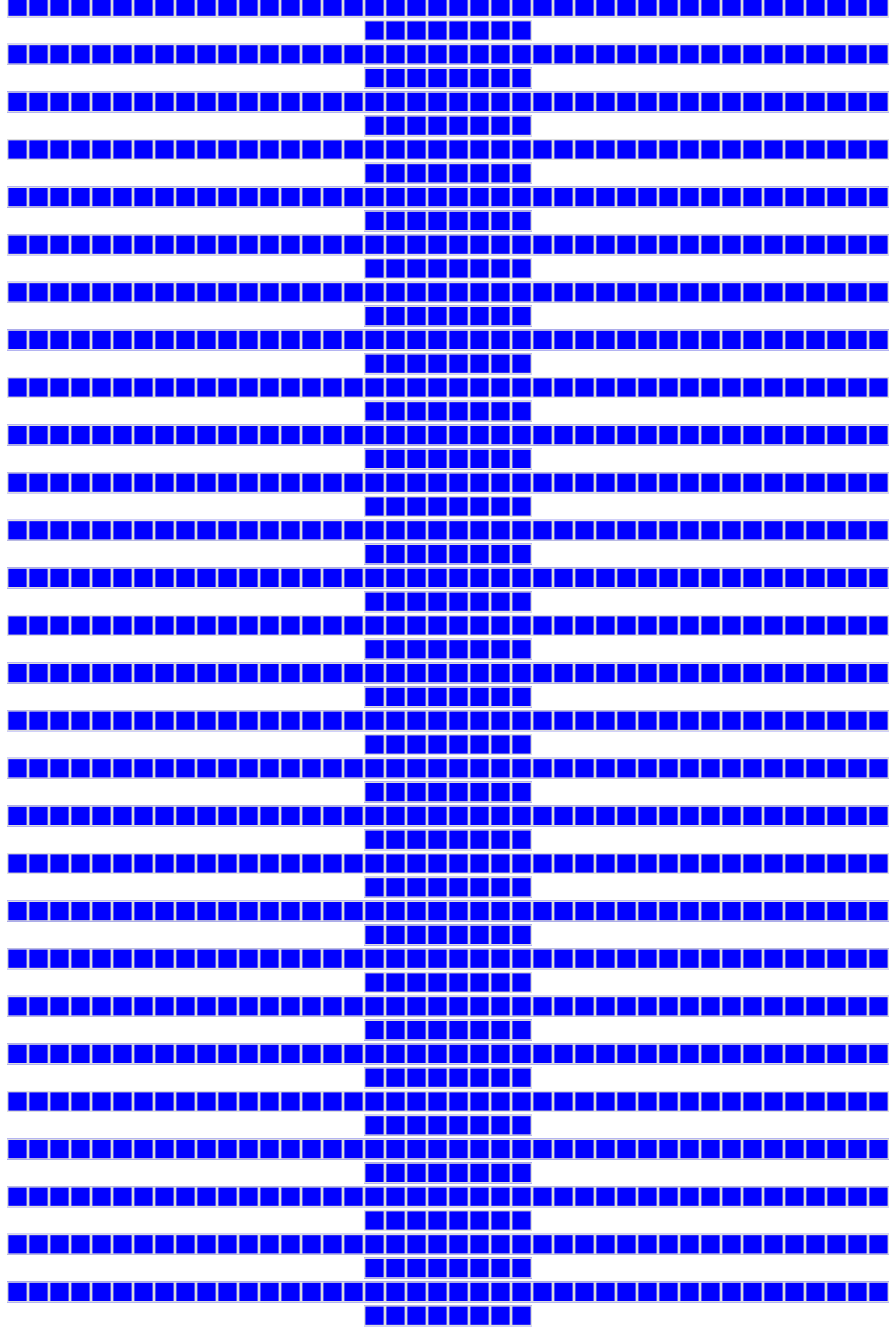
Repository: MarioDiekmann/GameOfLife
Page: /
These files come from the project's save history. The page is drawn as it stood at one moment and after the next save; the edit follows.
The browser window is 1280 px wide. The pictures show the part of the page from y = 1502 to 3422 px (the page is 3400 px tall before and 3422 px after), at 70% of full size.
The project was rebuilt for these pictures with package versions that can differ from the ones it lists, and the page was loaded fresh each time.

Above is the page before, as saved 2024-10-11 15:42:42.

### src/App.js
import React from 'react';
import { BrowserRouter as Router, Route, Routes } from 'react-router-dom';
import Game from './components/Game';
import './App.css';

function App() {
  return (
    <Router>
      <div className="App">
        <Routes>
          <Route path="/" element={<Game/>} />
        </Routes>
      </div>
    </Router>
  );
}

export default App;

### src/components/Game.js
import React, { useState } from "react";
import Cell from "./Cell";

const Game = () => {
    const [size, setsize] = useState(50);

    const initGrid = () => {
        const grid = [];
        for (let i = 0; i < size; i++) {  // Changed to 0-based indexing
            grid[i] = [];
            for (let j = 0; j < size; j++) {  // Changed to 0-based indexing
                grid[i][j] = false;
            }
        }
        return grid;
    }

    const [grid, setGrid] = useState(initGrid());

    const toggleCellState = (row, col) => {
        const newGrid = grid.map((r, i) =>
            r.map((cell, j) => (i === row && j === col ? !cell : cell))
        );
        setGrid(newGrid);
    };

    const renderGrid = () => {
        return grid.map((row, rowIndex) => (
            <div key={rowIndex} className="row">
                {row.map((cell, colIndex) => (
                    <Cell
                        key={`${rowIndex}-${colIndex}`}
                        isAlive={cell}
                        onClick={() => toggleCellState(rowIndex, colIndex)}
                    />
                ))}
            </div>
        ));
    }

    const countNeighboursAlive = (row, col) => {
        let count = 0;

        for (let i = row - 1; i <= row + 1; i++) {
          if (i >= 0 && i < size) {  // Check if row is within bounds
            for (let j = col - 1; j <= col + 1; j++) {
              if (j >= 0 && j < size) {  // Check if column is within bounds
                if (!(i === row && j === col)) {  // Skip the center cell
                  if (grid[i][j]) {  // If the neighboring cell is alive
                    count++;
                  }
                }
              }
            }
          }
        }

        return count;
      };


      const updateGrid = () => {
        const newGrid = grid.map(row => row.slice()); // Create a copy of the grid

        for (let row = 0; row < size; row++) {  // Changed to 0-based indexing
            for (let col = 0; col < size; col++) {  // Changed to 0-based indexing
                const gridCount = countNeighboursAlive(row, col);

                if (grid[row][col]) {
                    if (gridCount < 2 || gridCount > 3) {
                        newGrid[row][col] = false; // Cell dies
                    } else if (gridCount === 2 || gridCount === 3) {
                        newGrid[row][col] = true; // Cell survives
                    }
                } else {
                    if (gridCount === 3) {
                        newGrid[row][col] = true; // Dead cell becomes alive
                    }
                }
            }
        }

        setGrid(newGrid); // Update the grid state
    };


    const checkEdges = () => {
        const indizesAlive = [];

        // Check upper edge, move from left to right
        for (let col = 0; col < size - 2; col++) {  // Changed to 0-based indexing
            if (grid[0][col] && grid[0][col + 1] && grid[0][col + 2]) {  // Changed to 0-based indexing
                indizesAlive.push([0, col + 1]); // Push the cell just above the middle
            }
        }

        // Check right edge, move from top to bottom
        for (let row = 0; row < size - 2; row++) {  // Changed to 0-based indexing
            if (grid[row][size - 1] && grid[row + 1][size - 1] && grid[row + 2][size - 1]) {  // Changed to 0-based indexing
                indizesAlive.push([row + 1, size - 1]); // Push the cell to the right of the middle
            }
        }

        // Check lower edge, move from right to left
        for (let col = size - 1; col > 1; col--) {  // Changed to 0-based indexing
            if (grid[size - 1][col] && grid[size - 1][col - 1] && grid[size - 1][col - 2]) {  // Changed to 0-based indexing
                indizesAlive.push([size - 1, col - 1]); // Push the cell below the middle
            }
        }

        // Check left edge, move from bottom to top
        for (let row = size - 1; row > 1; row--) {  // Changed to 0-based indexing
            if (grid[row][0] && grid[row - 1][0] && grid[row - 2][0]) {  // Changed to 0-based indexing
                indizesAlive.push([row - 1, 0]); // Push the cell to the left of the middle
            }
        }

        return indizesAlive;
    };

    const expandGrid = (indizesAlive)=> {
        const newGrid = [];
        for (let row = 0; row < 2 * size; row++) {  // Changed to 0-based indexing
            newGrid[row] = [];
            for (let col = 0; col < 2 * size; col++) {  // Changed to 0-based indexing
                newGrid[row][col] = false;
            }
        }

        for (let row = 0; row < size; row++) {  // Changed to 0-based indexing
            for (let col = 0; col < size; col++) {  // Changed to 0-based indexing
                if (grid[row][col]) {
                    newGrid[row + size][col + size] = true;  // Adjust for the new larger grid size
                }
            }
        }

        for (const cell of indizesAlive) {
            const row = cell[0] + size;  // Adjust for the new larger grid size
            const col = cell[1] + size;  // Adjust for the new larger grid size
            newGrid[row][col] = true;
        }

        setGrid(newGrid);
        setsize(2 * size);  // Double the size
    }


    return (
        <div>
            {renderGrid()}
        </div>
    )
}

export default Game;

### src/components/Cell.js
import React from 'react';
import './Cell.css'

const Cell = ({ isAlive, onClick }) => {
  return (
    <div
      className={`cell ${isAlive ? 'alive' : 'dead'}`}
      onClick={onClick}
    ></div>
  );
};

export default Cell;

### src/components/Cell.css
.cell {
    width: 30px; /* Width of each cell */
    height: 30px; /* Height of each cell */
    display: inline-block; /* Align cells next to each other */
    border: 2px solid #ddd; /* Light border around each cell */
    box-sizing: border-box; /* Include padding and border in the element's total width and height */
    transition: background-color 0.3s; /* Smooth transition for background color */
  }

  .cell.alive {
    background-color: goldenrod; /* Green for living cells */
  }

  .cell.dead {
    background-color: blue; /* Red for dead cells */
  }

Loaded but not shown: public/index.html (common file); src/index.js (common file); src/index.css (common file); src/reportWebVitals.js (common file); src/App.css (common file)

After the next save:
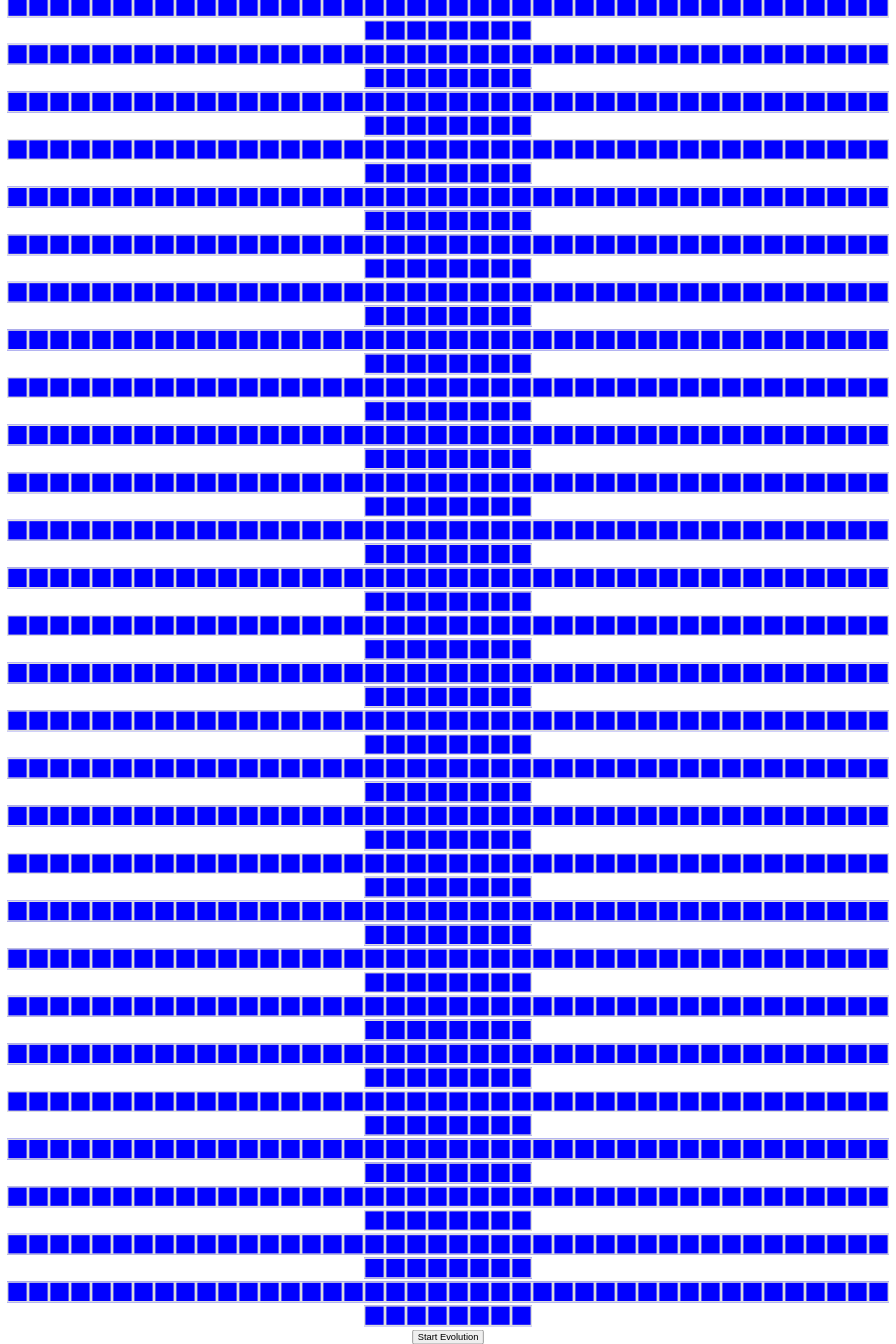
Saved 57 min 4 s later.
--- a/src/components/Game.js
+++ b/src/components/Game.js
@@ -1,14 +1,16 @@
-import React, { useState } from "react";
+import React, { useState, useEffect, useCallback } from "react";
 import Cell from "./Cell";
 
 const Game = () => {
     const [size, setsize] = useState(50);
+    const [Epochs, setEpochs] = useState(0);
+    const [isEvolving, setIsEvolving] = useState(false);
 
     const initGrid = () => {
         const grid = [];
-        for (let i = 0; i < size; i++) {  // Changed to 0-based indexing
+        for (let i = 0; i < size; i++) {
             grid[i] = [];
-            for (let j = 0; j < size; j++) {  // Changed to 0-based indexing
+            for (let j = 0; j < size; j++) {
                 grid[i][j] = false;
             }
         }
@@ -38,15 +40,15 @@ const Game = () => {
         ));
     }
 
-    const countNeighboursAlive = (row, col) => {
+    const countNeighboursAlive = useCallback((row, col) => {
         let count = 0;
 
         for (let i = row - 1; i <= row + 1; i++) {
-          if (i >= 0 && i < size) {  // Check if row is within bounds
+          if (i >= 0 && i < size) {
             for (let j = col - 1; j <= col + 1; j++) {
-              if (j >= 0 && j < size) {  // Check if column is within bounds
-                if (!(i === row && j === col)) {  // Skip the center cell
-                  if (grid[i][j]) {  // If the neighboring cell is alive
+              if (j >= 0 && j < size) {
+                if (!(i === row && j === col)) {
+                  if (grid[i][j]) {
                     count++;
                   }
                 }
@@ -56,14 +58,13 @@ const Game = () => {
         }
 
         return count;
-      };
+    }, [grid, size]); // Include grid and size as dependencies
 
+    const updateGrid = useCallback(() => {
+        const newGrid = grid.map(row => row.slice());
 
-      const updateGrid = () => {
-        const newGrid = grid.map(row => row.slice()); // Create a copy of the grid
-
-        for (let row = 0; row < size; row++) {  // Changed to 0-based indexing
-            for (let col = 0; col < size; col++) {  // Changed to 0-based indexing
+        for (let row = 0; row < size; row++) {
+            for (let col = 0; col < size; col++) {
                 const gridCount = countNeighboursAlive(row, col);
 
                 if (grid[row][col]) {
@@ -80,75 +81,103 @@ const Game = () => {
             }
         }
 
-        setGrid(newGrid); // Update the grid state
-    };
+        setGrid(newGrid);
+    }, [grid, size, countNeighboursAlive]); // Include grid, size, and countNeighboursAlive
 
-
-    const checkEdges = () => {
+    const checkEdges = useCallback(() => {
         const indizesAlive = [];
 
-        // Check upper edge, move from left to right
-        for (let col = 0; col < size - 2; col++) {  // Changed to 0-based indexing
-            if (grid[0][col] && grid[0][col + 1] && grid[0][col + 2]) {  // Changed to 0-based indexing
-                indizesAlive.push([0, col + 1]); // Push the cell just above the middle
+        for (let col = 0; col < size - 2; col++) {
+            if (grid[0][col] && grid[0][col + 1] && grid[0][col + 2]) {
+                indizesAlive.push([0, col + 1]);
             }
         }
 
-        // Check right edge, move from top to bottom
-        for (let row = 0; row < size - 2; row++) {  // Changed to 0-based indexing
-            if (grid[row][size - 1] && grid[row + 1][size - 1] && grid[row + 2][size - 1]) {  // Changed to 0-based indexing
-                indizesAlive.push([row + 1, size - 1]); // Push the cell to the right of the middle
+        for (let row = 0; row < size - 2; row++) {
+            if (grid[row][size - 1] && grid[row + 1][size - 1] && grid[row + 2][size - 1]) {
+                indizesAlive.push([row + 1, size - 1]);
             }
         }
 
-        // Check lower edge, move from right to left
-        for (let col = size - 1; col > 1; col--) {  // Changed to 0-based indexing
-            if (grid[size - 1][col] && grid[size - 1][col - 1] && grid[size - 1][col - 2]) {  // Changed to 0-based indexing
-                indizesAlive.push([size - 1, col - 1]); // Push the cell below the middle
+        for (let col = size - 1; col > 1; col--) {
+            if (grid[size - 1][col] && grid[size - 1][col - 1] && grid[size - 1][col - 2]) {
+                indizesAlive.push([size - 1, col - 1]);
             }
         }
 
-        // Check left edge, move from bottom to top
-        for (let row = size - 1; row > 1; row--) {  // Changed to 0-based indexing
-            if (grid[row][0] && grid[row - 1][0] && grid[row - 2][0]) {  // Changed to 0-based indexing
-                indizesAlive.push([row - 1, 0]); // Push the cell to the left of the middle
+        for (let row = size - 1; row > 1; row--) {
+            if (grid[row][0] && grid[row - 1][0] && grid[row - 2][0]) {
+                indizesAlive.push([row - 1, 0]);
             }
         }
 
         return indizesAlive;
-    };
+    }, [grid, size]); // Include grid and size as dependencies
 
-    const expandGrid = (indizesAlive)=> {
+    const expandGrid = useCallback((indizesAlive) => {
         const newGrid = [];
-        for (let row = 0; row < 2 * size; row++) {  // Changed to 0-based indexing
+        for (let row = 0; row < 2 * size; row++) {
             newGrid[row] = [];
-            for (let col = 0; col < 2 * size; col++) {  // Changed to 0-based indexing
+            for (let col = 0; col < 2 * size; col++) {
                 newGrid[row][col] = false;
             }
         }
 
-        for (let row = 0; row < size; row++) {  // Changed to 0-based indexing
-            for (let col = 0; col < size; col++) {  // Changed to 0-based indexing
+        for (let row = 0; row < size; row++) {
+            for (let col = 0; col < size; col++) {
                 if (grid[row][col]) {
-                    newGrid[row + size][col + size] = true;  // Adjust for the new larger grid size
+                    newGrid[row + size][col + size] = true;
                 }
             }
         }
 
         for (const cell of indizesAlive) {
-            const row = cell[0] + size;  // Adjust for the new larger grid size
-            const col = cell[1] + size;  // Adjust for the new larger grid size
+            const row = cell[0] + size;
+            const col = cell[1] + size;
             newGrid[row][col] = true;
         }
 
         setGrid(newGrid);
-        setsize(2 * size);  // Double the size
-    }
+        setsize(2 * size);
+    }, [grid, size]); // Include grid and size as dependencies
 
+    useEffect(() => {
+        if (!isEvolving) return;
+
+        let updatedEpochs = 0;
+        const maxEpochs = 10;
+
+        const runEpoch = () => {
+            if (updatedEpochs < maxEpochs) {
+                updateGrid();
+                const indizesAlive = checkEdges();
+                if (indizesAlive.length !== 0) {
+                    expandGrid(indizesAlive);
+                }
+                setEpochs((prevEpochs) => prevEpochs + 1);
+                updatedEpochs++;
+
+                setTimeout(runEpoch, 100);
+            } else {
+                setIsEvolving(false);
+            }
+        };
+
+        runEpoch();
+
+        return () => {
+            setIsEvolving(false);
+        };
+    }, [isEvolving, checkEdges, expandGrid, updateGrid]); // Added functions to dependencies
+
+    const startEvolution = () => {
+        setIsEvolving(true); // Start evolution
+    };
 
     return (
         <div>
             {renderGrid()}
+            <button onClick={startEvolution}>Start Evolution</button>
         </div>
     )
 }
